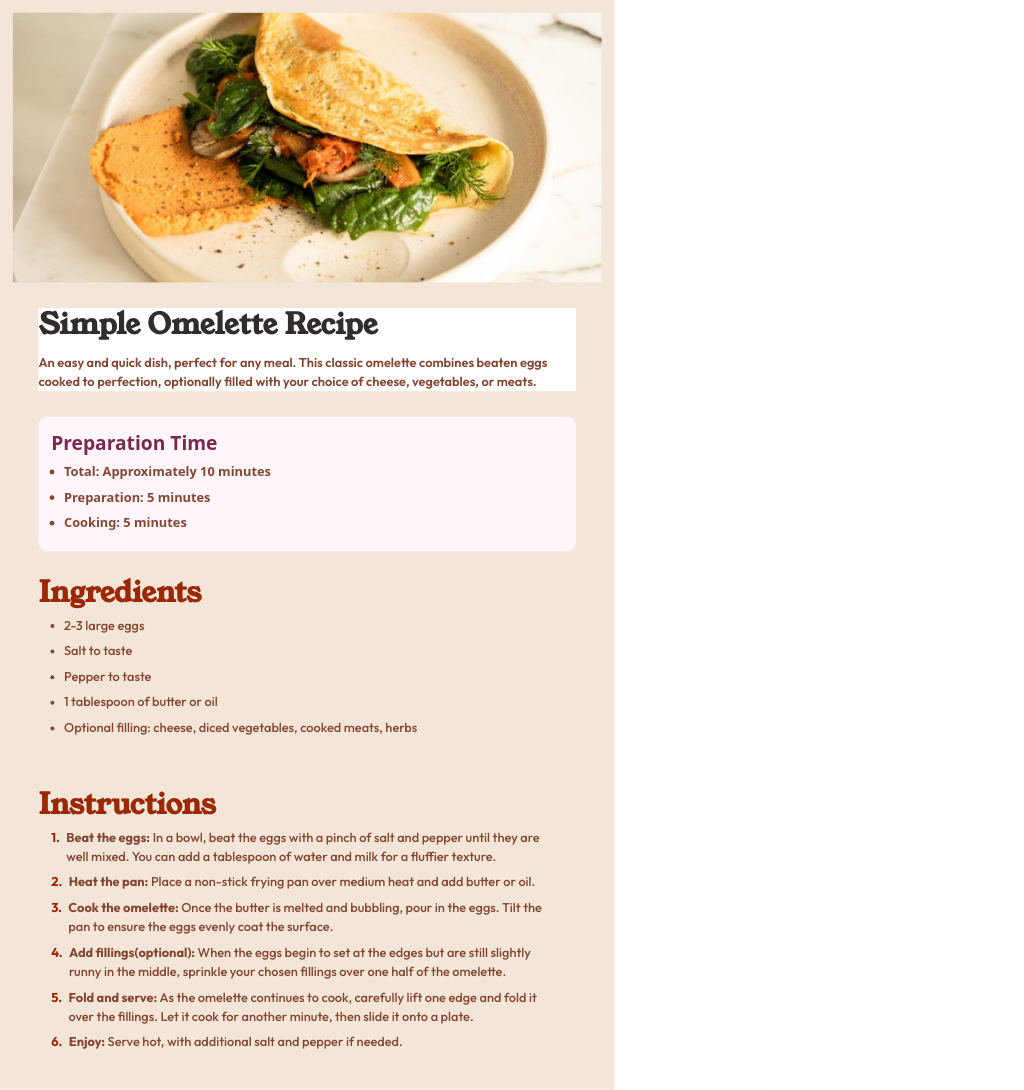
Repository: nivrii/recipe-page-main
Page: /
These files come from the project's save history. The page is drawn as it stood at one moment and after the next save; the edit follows.
The browser window is 1280 px wide. The pictures show the whole page, at 80% of full size.
The project was rebuilt for these pictures with package versions that can differ from the ones it lists, and the page was loaded fresh each time. Also part of the build but not shown: vite.config.js, src/index.css.

Above is the page before, as saved 2024-03-23 16:39:31.

After the next save:
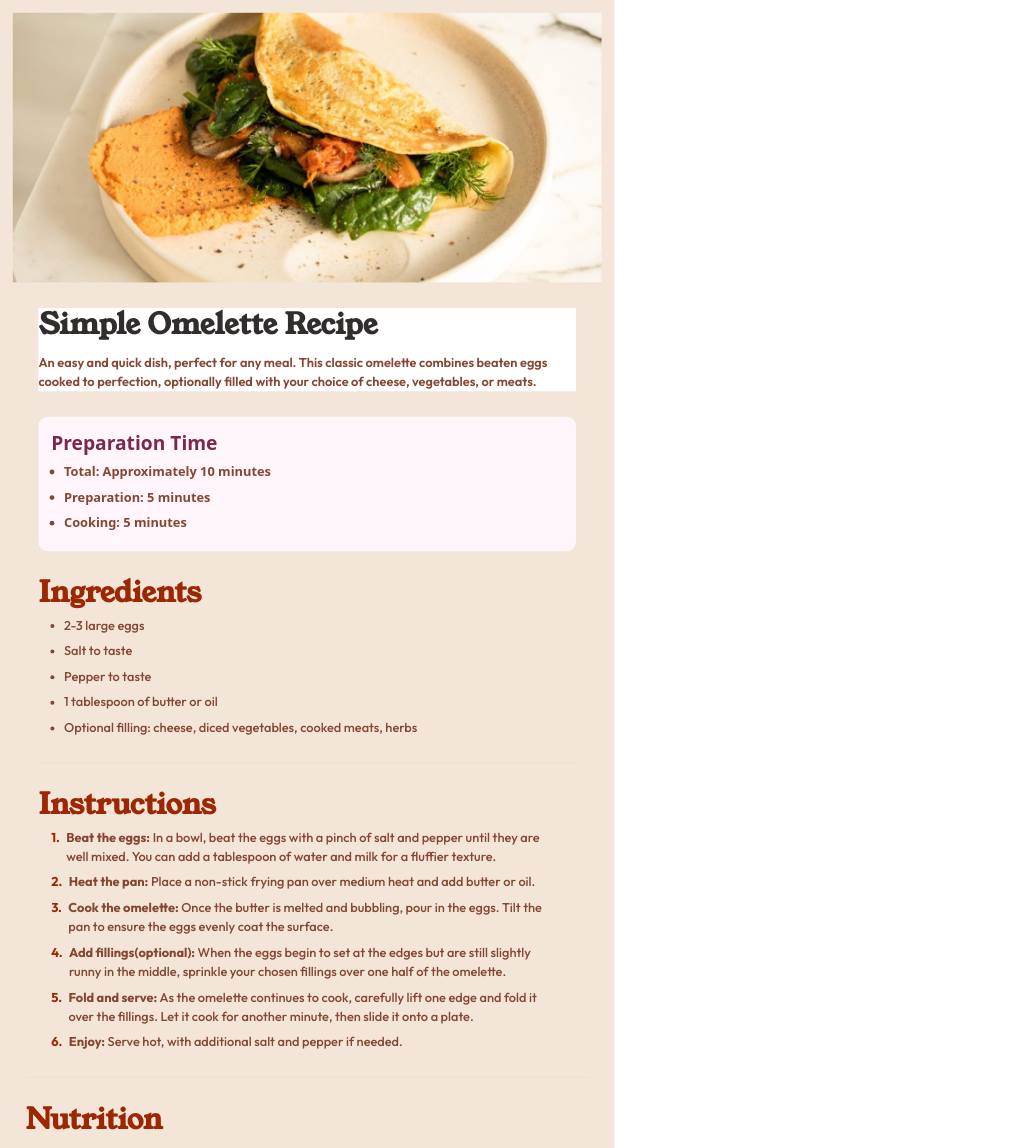
Saved 56 s later.
--- a/src/App.jsx
+++ b/src/App.jsx
@@ -105,6 +105,11 @@ function App() {
             </li>
           </ul>
         </div>
+        <div>
+        <h1 className="text-left text-nutmegLight text-4xl font-bold font-young mt-8">
+            Nutrition
+          </h1>
+        </div>
       </div>
     </div>
   );
